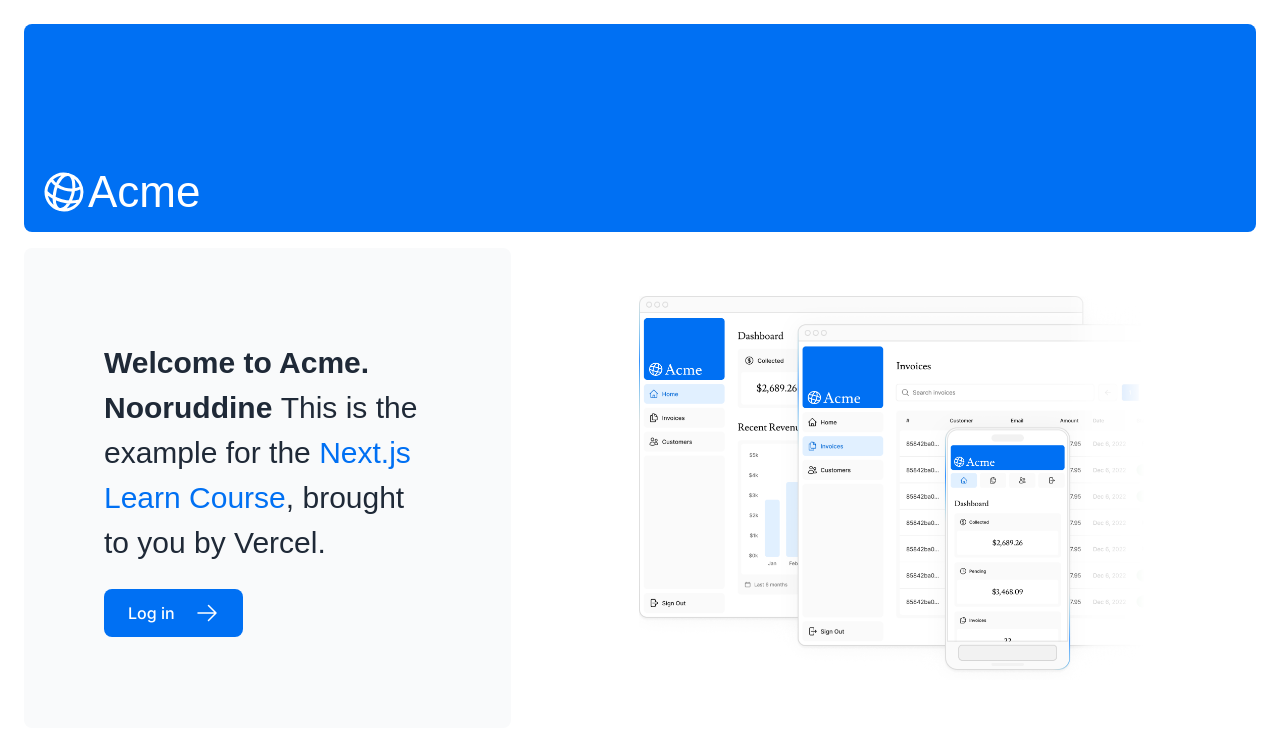
Repository: nooruddine/nfa-app
Page: /
An editor plug-in stored every save of this project. The page is shown before and after the next save, followed by the edit.
The browser window is 1280 px wide. The pictures show the whole page.
Some web fonts or font styles are not loaded; a fallback is used. The project was rebuilt for these pictures with package versions that can differ from the ones it lists, and the page was loaded fresh each time. The framework's server and built-in components were replaced by stand-ins that run in the browser. Also part of the build but not shown: next.config.mjs.

Above is the page before, as saved 2024-09-01 16:36:26.

### app/layout.tsx

import '@/app/ui/global.css';
import { inter } from '@/app/ui/fonts';

export default function RootLayout({
  children,
}: {
  children: React.ReactNode;
}) {
  return (
    <html lang="en">
      <body className={`${inter.className} antialiased`}>{children}</body>
    </html>
  );
}

### app/page.tsx
import AcmeLogo from "@/app/ui/acme-logo";
import { ArrowRightIcon } from "@heroicons/react/24/outline";
import Link from "next/link";
import styles from "@/app/ui/home.module.css";
import { lusitana } from "@/app/ui/fonts";
import Image from "next/image";

export default function Page() {
  return (
    <main className="flex min-h-screen flex-col p-6">
      <div className="flex h-20 shrink-0 items-end rounded-lg bg-blue-500 p-4 md:h-52">
        <AcmeLogo />
      </div>
      <div className="mt-4 flex grow flex-col gap-4 md:flex-row">
        <div className="flex flex-col justify-center gap-6 rounded-lg bg-gray-50 px-6 py-10 md:w-2/5 md:px-20">
          <p
            className={`text-xl text-gray-800 md:text-3xl md:leading-normal ${lusitana.className}`}
          >
            <strong>Welcome to Acme. Nooruddine </strong> This is the example for the{" "}
            <a href="https://nextjs.org/learn/" className="text-blue-500">
              Next.js Learn Course
            </a>
            , brought to you by Vercel.
          </p>
          <Link
            href="/login"
            className="flex items-center gap-5 self-start rounded-lg bg-blue-500 px-6 py-3 text-sm font-medium text-white transition-colors hover:bg-blue-400 md:text-base"
          >
            <span>Log in</span> <ArrowRightIcon className="w-5 md:w-6" />
          </Link>
        </div>
        <div className="flex items-center justify-center p-6 md:w-3/5 md:px-28 md:py-12">
          {/* Add Hero Images Here */}
          <Image
            src="/hero-desktop.png"
            width={1000}
            height={760}
            className="hidden md:block"
            alt="Screenshots of the dashboard project showing desktop version"
          />
          <Image
            src="/hero-mobile.png"
            width={560}
            height={620}
            className="block md:hidden"
            alt="Screenshots of the dashboard project showing desktop version"
          />
        </div>
      </div>
    </main>
  );
}

### app/ui/fonts.ts
import {Inter , Lusitana} from 'next/font/google';


export const inter = Inter({subsets: ['latin']});
export const lusitana = Lusitana({
    weight: ['400', '700'],
    subsets: ['latin'],
  });

Loaded but not shown: app/ui/global.css (common file); app/ui/acme-logo.tsx (common file); tailwind.config.ts (common file)

After the next save:
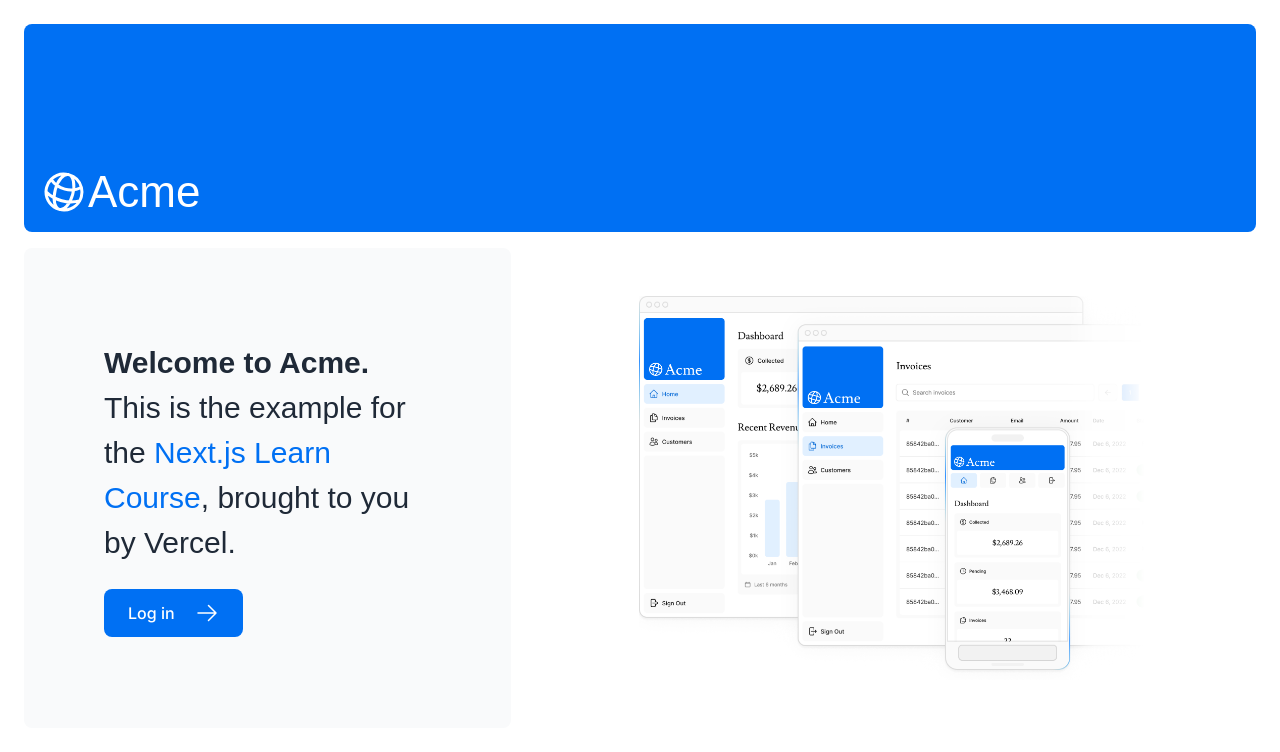
Saved 95 s later.
--- a/app/page.tsx
+++ b/app/page.tsx
@@ -16,7 +16,7 @@ export default function Page() {
           <p
             className={`text-xl text-gray-800 md:text-3xl md:leading-normal ${lusitana.className}`}
           >
-            <strong>Welcome to Acme. Nooruddine </strong> This is the example for the{" "}
+            <strong>Welcome to Acme.</strong> This is the example for the{" "}
             <a href="https://nextjs.org/learn/" className="text-blue-500">
               Next.js Learn Course
             </a>
